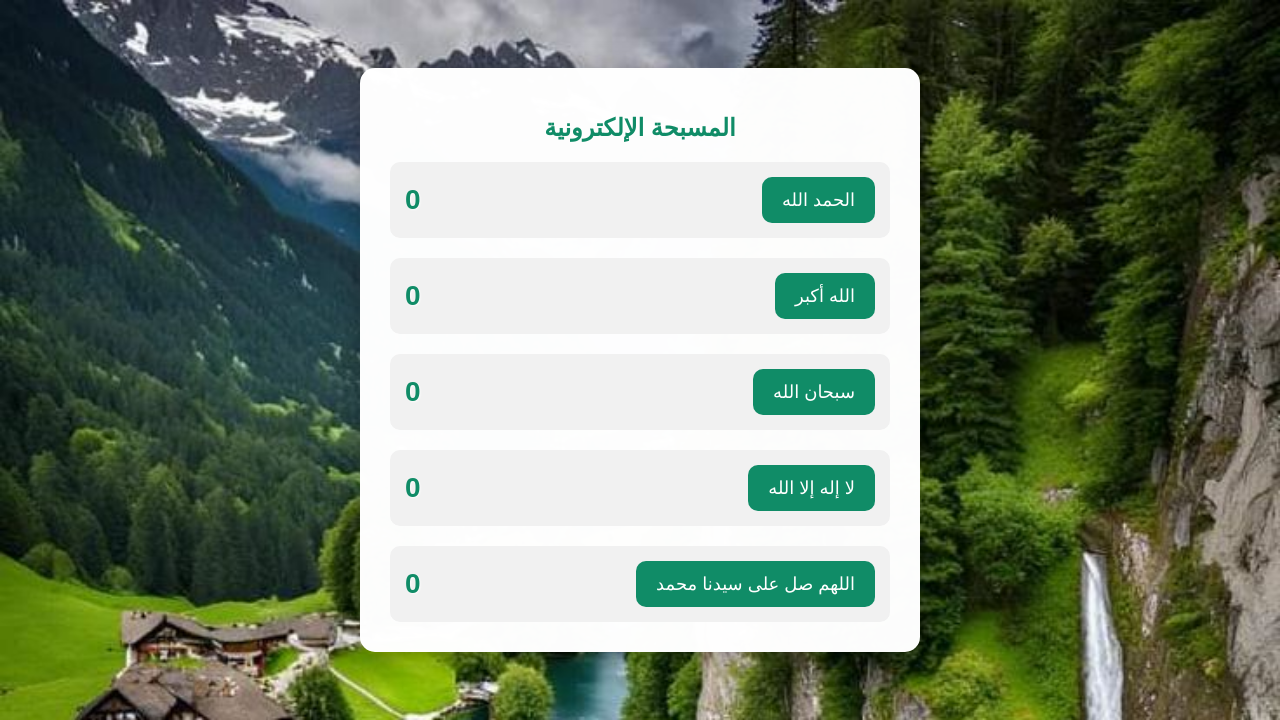
Repository: ShahdKItany/Electronic-Rosary
Page: index.html
These files come from the project's save history. The page is drawn as it stood at one moment and after the next save; the edit follows.
The browser window is 1280 px wide. The pictures show the whole page.

Above is the page before, as saved 2024-10-23 01:05:47.

### index.html
<!DOCTYPE html>
<html lang="ar">
<head>
  <meta charset="UTF-8">
  <meta name="viewport" content="width=device-width, initial-scale=1.0">
  <link rel="stylesheet" href="styles.css">
  <title>المسبحة الإلكترونية</title>
</head>
<body>
  <div class="container">
    <h1 class="title">المسبحة الإلكترونية</h1>
    <div class="button-container">
      <div class="button-group">
        <span id="counter1" class="counter">0</span>
        <button id="incrementButton1">الحمد الله</button>
      </div>
      <div class="button-group">
        <span id="counter2" class="counter">0</span>
        <button id="incrementButton2">الله أكبر</button>
      </div>
      <div class="button-group">
        <span id="counter3" class="counter">0</span>
        <button id="incrementButton3">سبحان الله</button>
      </div>
      <div class="button-group">
        <span id="counter4" class="counter">0</span>
        <button id="incrementButton4">لا إله إلا الله</button>

      </div>
      <div class="button-group">
        <span id="counter5" class="counter">0</span>
        <button id="incrementButton5">اللهم صل على سيدنا محمد</button>

      </div>
    </div>
  </div>

  <script src="main.js"></script>
</body>
</html>

### styles.css
body {
    font-family: 'Arial', sans-serif;
    background: url('image1.jpg'); /* تأكد من أن الصورة موجودة في المسار الصحيح */
    background-size: cover; /* لتغطية كامل الخلفية */
    display: flex;
    justify-content: center;
    align-items: center;
    height: 100vh;
    margin: 0;
    /*filter: blur(1px); /* زيادة الضبابية قليلاً لجعل الخلفية أكثر وضوحاً */
}

.container {
    text-align: center;
    background: rgba(255, 255, 255, 0.99); /* لون الخلفية مع شفافية أقل لجعل النص أكثر وضوحًا */
    border-radius: 15px;
    box-shadow: 0 4px 30px rgba(0, 0, 0, 0.3); /* زيادة شدة الظل لزيادة الوضوح */
    padding: 30px;
    max-width: 500px;
    width: 90%;
    position: relative; /* تهيئة موضع العناصر */
    z-index: 1; /* جلب الحاوية للأمام */
}

.title {
    color: #108c67; /* تغيير لون العنوان ليتماشى مع الأزرار */
    margin-bottom: 20px;
    font-size: 24px;
    font-weight: bold;
    text-shadow: 1px 1px 2px rgba(255, 255, 255, 0.8); /* إضافة تأثير ظل للنص لتحسين الوضوح */
}

.button-container {
    display: flex;
    flex-direction: column;
    gap: 20px;
}

.button-group {
    display: flex;
    justify-content: space-between;
    align-items: center;
    background-color: #f1f1f1;
    border-radius: 10px;
    padding: 15px;
    transition: background-color 0.3s;
}

.button-group:hover {
    background-color: #e0e0e0;
}

button {
    background-color: #108c67; /* لون الزر */
    color: white;
    border: none;
    border-radius: 10px;
    padding: 12px 20px;
    cursor: pointer;
    font-size: 18px;
    transition: background-color 0.3s, transform 0.1s;
}

button:hover {
    background-color: #79e67d; /* تغيير لون الزر عند التحويم */
    transform: translateY(-2px);
}

.counter {
    font-size: 28px;
    color: #108c67; /* لون العدادات */
    font-weight: bold;
    text-shadow: 1px 1px 2px rgba(255, 255, 255, 0.8); /* إضافة تأثير ظل للنص */
}

### main.js
const incrementButton1 = document.getElementById('incrementButton1');
const incrementButton2 = document.getElementById('incrementButton2');
const incrementButton3 = document.getElementById('incrementButton3');
const incrementButton4 = document.getElementById('incrementButton4');
const incrementButton5 = document.getElementById('incrementButton5');

const counterElement1 = document.getElementById('counter1');
const counterElement2 = document.getElementById('counter2');
const counterElement3 = document.getElementById('counter3');
const counterElement4 = document.getElementById('counter4');
const counterElement5 = document.getElementById('counter5');

let counterValue1 = 0;
let counterValue2 = 0;
let counterValue3 = 0;
let counterValue4 = 0;
let counterValue5 = 0;

incrementButton1.addEventListener('click', function() {
  counterElement1.textContent = ++counterValue1;
});

incrementButton2.addEventListener('click', function() {
  counterElement2.textContent = ++counterValue2;
});

incrementButton3.addEventListener('click', function() {
  counterElement3.textContent = ++counterValue3;
});

incrementButton4.addEventListener('click', function() {
  counterElement4.textContent = ++counterValue4;
});

incrementButton5.addEventListener('click', function() {
  counterElement5.textContent = ++counterValue5;
});

After the next save:
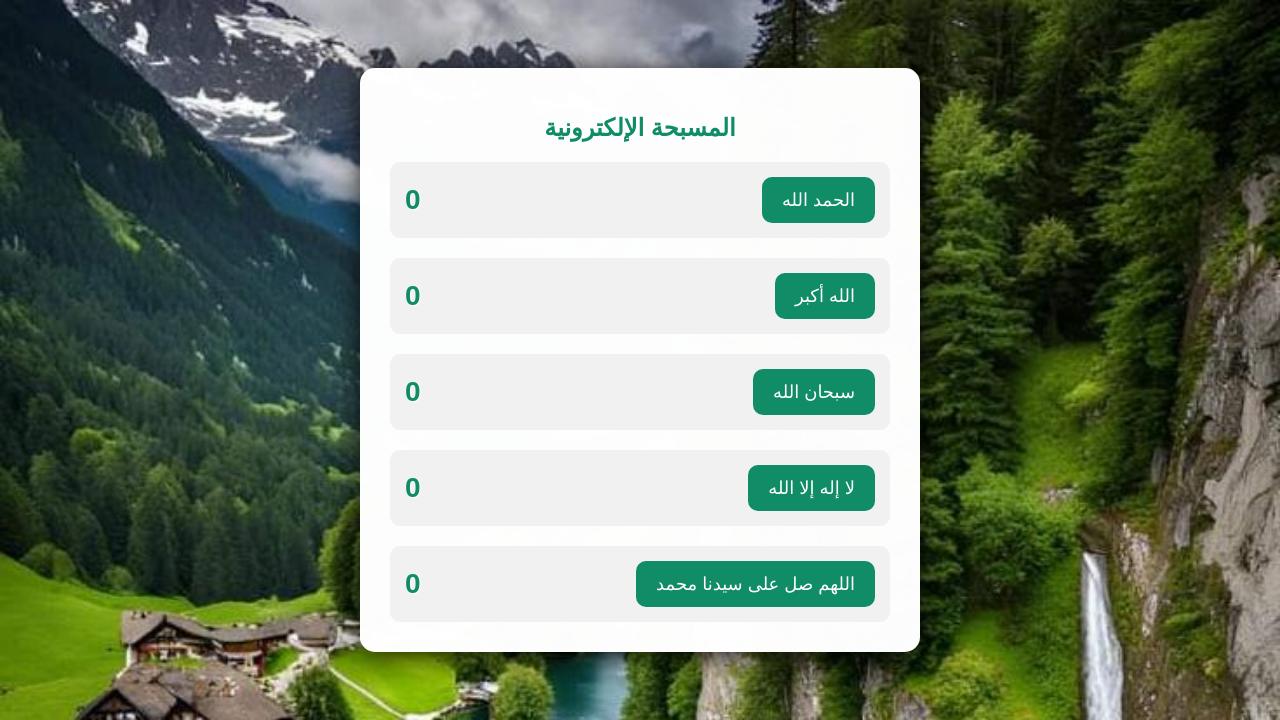
Saved 12 s later.
--- a/styles.css
+++ b/styles.css
@@ -14,7 +14,7 @@ body {
     text-align: center;
     background: rgba(255, 255, 255, 0.99); /* لون الخلفية مع شفافية أقل لجعل النص أكثر وضوحًا */
     border-radius: 15px;
-    box-shadow: 0 4px 30px rgba(0, 0, 0, 0.3); /* زيادة شدة الظل لزيادة الوضوح */
+    box-shadow: 0 4px 30px rgba(0, 0, 0, 0.9); /* زيادة شدة الظل لزيادة الوضوح */
     padding: 30px;
     max-width: 500px;
     width: 90%;
